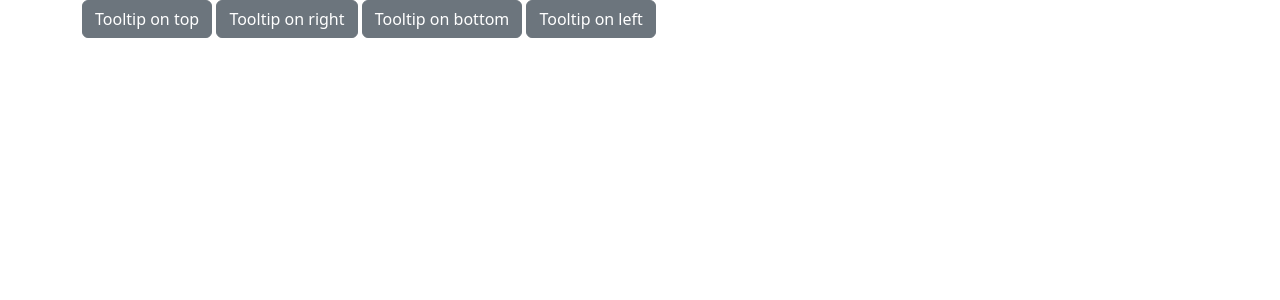
Repository: lemoueno/programme_dev_fullstack
Page: FRONTEND/BOOTSTRAP/composants/tooltips.html
An editor plug-in stored every save of this project. The page is shown before and after the next save, followed by the edit.
The browser window is 1280 px wide. The pictures show the whole page.

Above is the page before, as saved 2023-12-05 00:52:11.

After the next save:
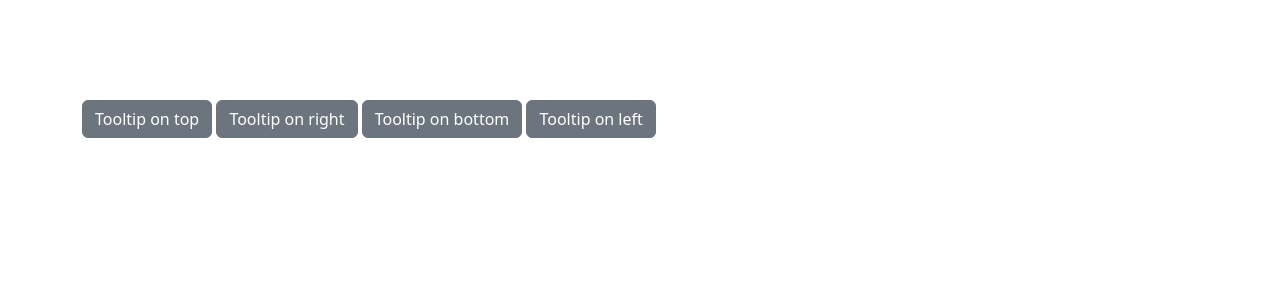
Saved 35 s later.
--- a/FRONTEND/BOOTSTRAP/composants/tooltips.html
+++ b/FRONTEND/BOOTSTRAP/composants/tooltips.html
@@ -9,7 +9,7 @@
     <title>Document</title>
 </head>
 <body>
-    <div class="container">
+    <div class="container" style="margin-top: 100px;">
         <button type="button" class="btn btn-secondary" data-bs-toggle="tooltip" data-bs-placement="top" data-bs-title="Tooltip on top">
             Tooltip on top
           </button>
